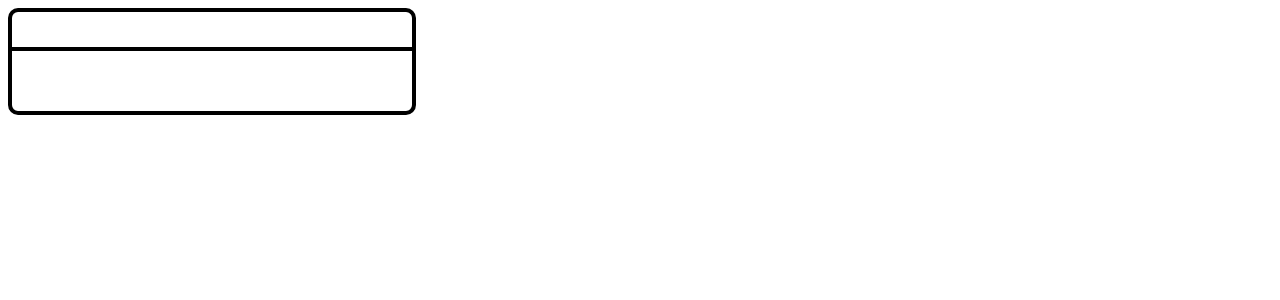
Repository: kousuke-2047/test
Page: http://localhost/Oldmove/leady.jsp
An editor plug-in stored every save of this project. The page is shown before and after the next save, followed by the edit.
The browser window is 1280 px wide. The pictures show the whole page.
The page is served by Tomcat 9. Other server files are loaded and not shown.

Above is the page before, as saved 2018-06-25 01:50:22.

### Oldmove/WebContent/leady.jsp
<%@ page language="java" contentType="text/html; charset=UTF-8"
    pageEncoding="UTF-8"%>
<%@ taglib prefix="s" uri="/struts-tags"%>
<!DOCTYPE html>
<html>
<head>
<meta http-equiv="Content-Type" content="text/html; charset=UTF-8">
<link rel="stylesheet" href="./css/battlestyle.css">
<title>レディ画面</title>
</head>
<body>

	<table>
	<div class="namebox">
		<ul>
			<s:iterator value="#session.selectmonsterList">
				<li><s:property value="name"/></li>
			</s:iterator>
		</ul>
	</div>

	<div class="datebox">
		<ul>
			<s:iterator value="#session.selectmonsterList">
				<li><s:property value="hp"/></li>
			</s:iterator>
		</ul>
	</div>

	<div class=""


	</div>
</body>
</html>

### Oldmove/WebContent/css/battlestyle.css
@CHARSET "UTF-8";

body{font-family:DRAGON QUEST MONSTERS;}

.namebox{
    color:black;
    width:400px;
    height:35px;
    border-top:4px solid black;
    border-left:4px solid black;
    border-right:4px solid black;
    font-size:20px;
    border-top-left-radius: 10px;
    border-top-right-radius: 10px;


}

.namebox li{
    float:left;
    list-style:none;
    position:relative;
    right:20px;
    bottom:15px;

}

.namebox li.migi{
    float:left;
    list-style:none;
    padding-left:50px;


}

.datebox{
    color:black;
    width:400px;
    height:60px;
    border:4px solid black;
    border-bottom-left-radius:10px;
    border-bottom-right-radius:10px;
}
.datebox li{
    float:left;
    list-style:none;
    font-size:20px;
    position:relative;
    bottom:10px;
    right:20px;
}
.datebox li.migi{
    float:left;
    list-style:none;
    padding-left:50px;
    font-size:20px;
}
.datebox .spacenone li{
    float:left;
    list-style:none;
    font-size:20px;
    position:relative;
    bottom:20px;
    right:20px;
}
.datebox .spacenone li.migi{
    float:left;
    list-style:none;
    padding-left:50px;
    font-size:20px;
}

img{
    margin-top:30px;
    margin-left:80px;
    margin-bottom:10px;
}
.textbox{
    width:385px;
    height:80px;
    border:4px solid black;
    border-radius:10px;
    font-size:20px;
    padding-left:15px;
}
.text{
    margin-top:10px;
    margin-bottom:10px;
}

After the next save:
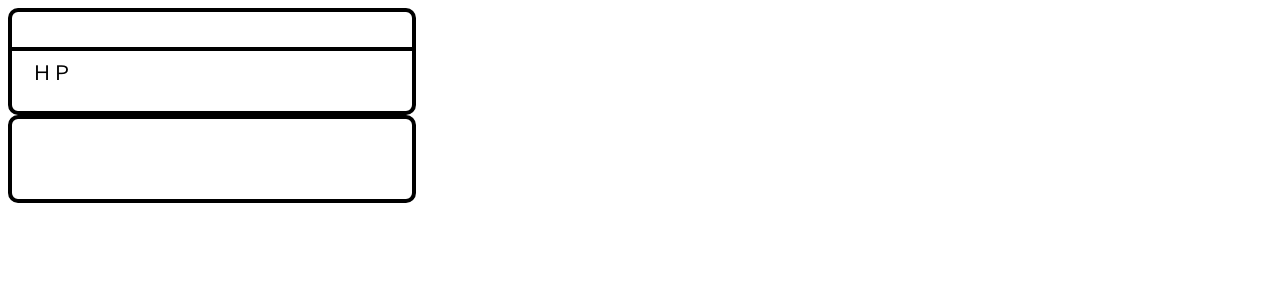
Saved 3 min 51 s later.
--- a/Oldmove/WebContent/leady.jsp
+++ b/Oldmove/WebContent/leady.jsp
@@ -13,6 +13,7 @@
 	<table>
 	<div class="namebox">
 		<ul>
+			<li></li>
 			<s:iterator value="#session.selectmonsterList">
 				<li><s:property value="name"/></li>
 			</s:iterator>
@@ -21,13 +22,14 @@
 
 	<div class="datebox">
 		<ul>
+			<li>ＨＰ</li>
 			<s:iterator value="#session.selectmonsterList">
 				<li><s:property value="hp"/></li>
 			</s:iterator>
 		</ul>
 	</div>
 
-	<div class=""
+	<div class="textbox">
 
 
 	</div>
